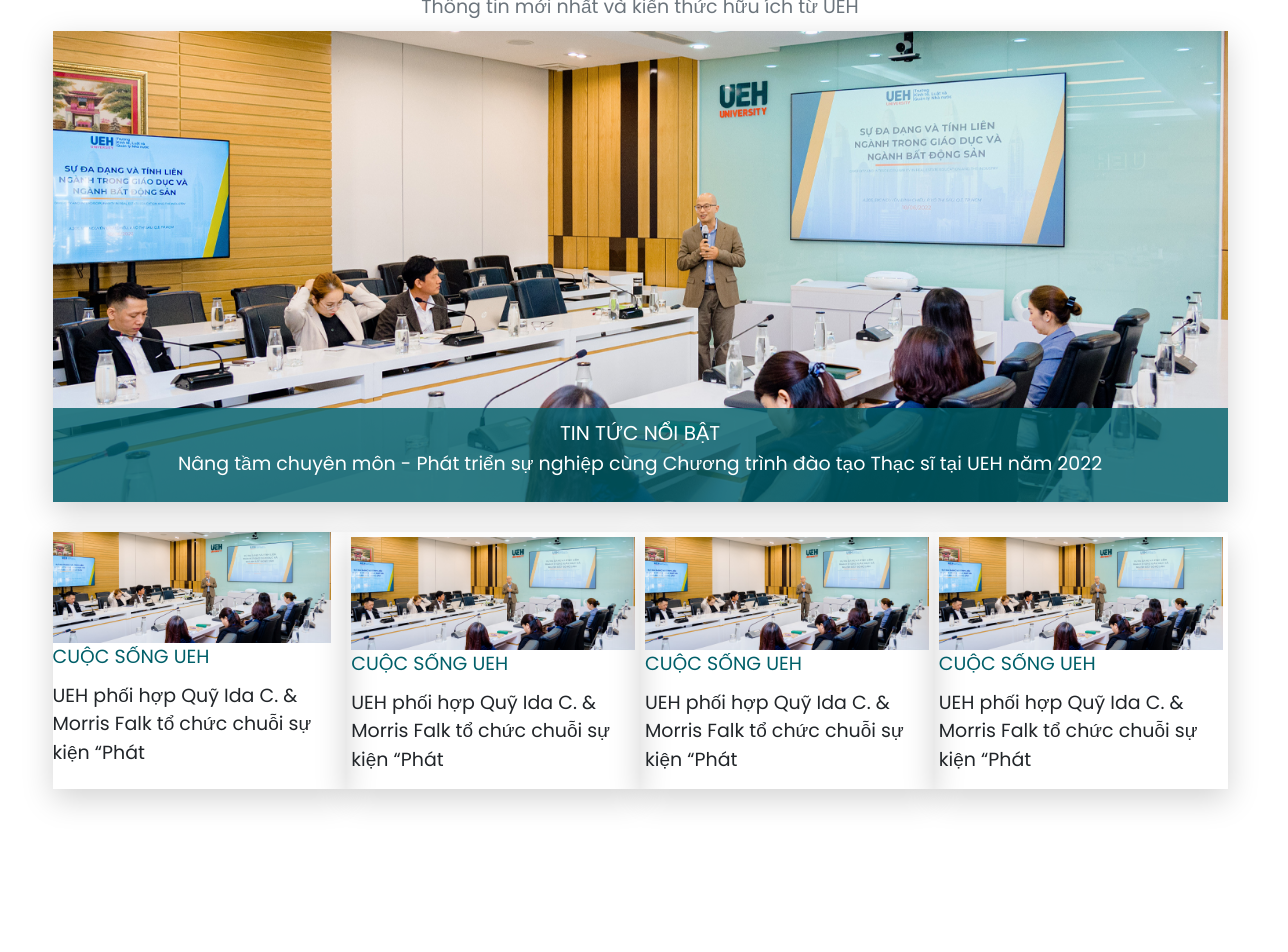
Repository: Jackietruong2805/frontends
Page: html css/ueh/index.html
These files come from the project's save history. The page is drawn as it stood at one moment and after the next save; the edit follows.
The browser window is 1280 px wide. The page is 1288 px wide, so the pictures cover 1288 px, including what lies to the right of the window. The pictures show the part of the page from y = 768 to 1720 px (the page is 1720 px tall).
Some web libraries are served in a nearby version.

Above is the page before, as saved 2022-06-20 09:39:14.

After the next save:
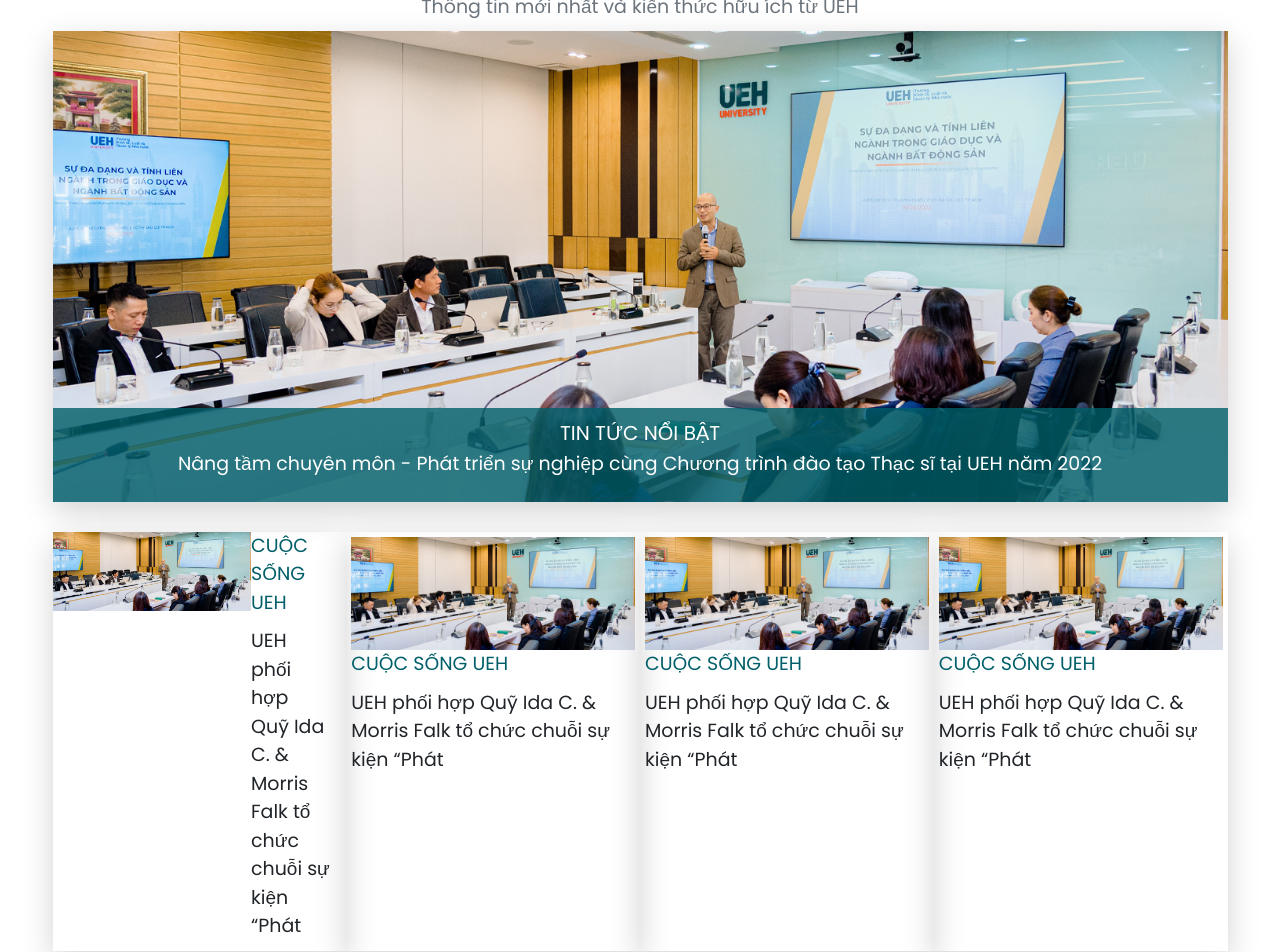
Saved 14 s later.
--- a/html css/ueh/css/index.css
+++ b/html css/ueh/css/index.css
@@ -186,3 +186,7 @@
     text-align: center;
     color: #fff;
 }
+
+.news__col {
+    display: flex;
+}

After the save that followed:
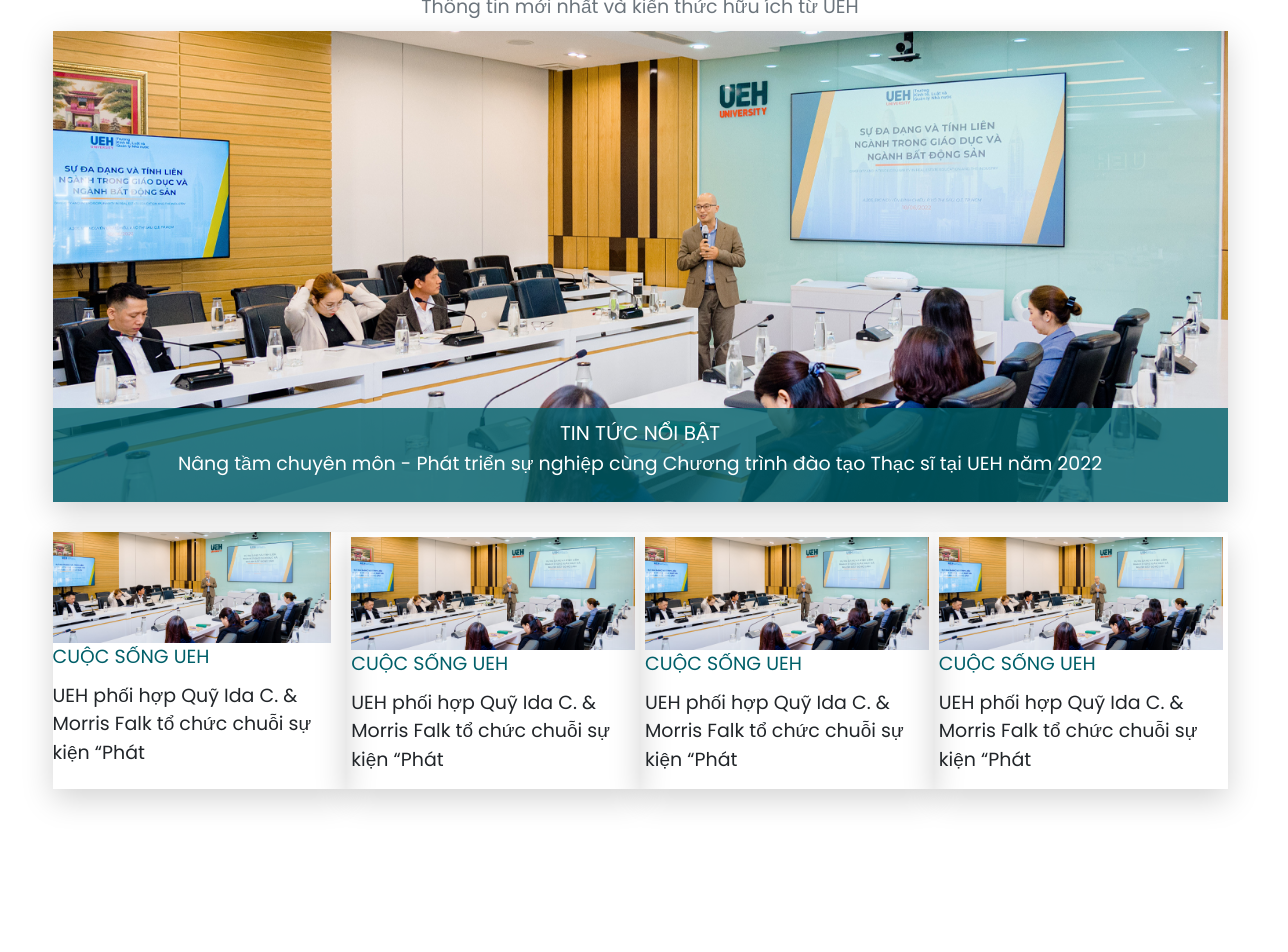
Saved 5 s later.
--- a/html css/ueh/css/index.css
+++ b/html css/ueh/css/index.css
@@ -189,4 +189,5 @@
 
 .news__col {
     display: flex;
+    flex-direction: column;
 }
